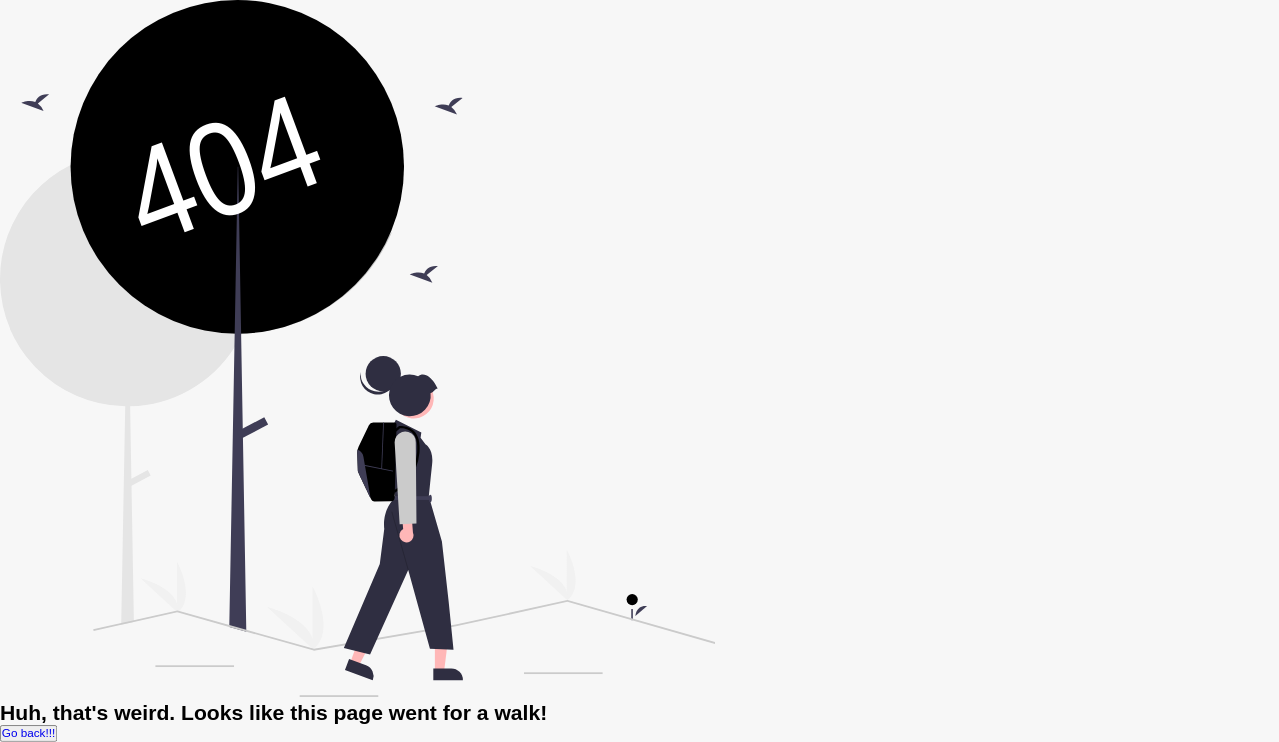
Repository: TeeJaysDev/Portfolio
Page: 404.html
These files come from the project's save history. The page is drawn as it stood at one moment and after the next save; the edit follows.
The browser window is 1280 px wide. The page is 1280 px wide, then 1453 px, so the pictures cover 1453 px, including what lies to the right of the window. The pictures show the whole page, at 88% of full size.

Above is the page before, as saved 2021-06-11 23:09:05.

### 404.html
<!DOCTYPE html>
<html lang="en">
<head>
    <meta charset="UTF-8">
    <meta http-equiv="X-UA-Compatible" content="IE=edge">
    <meta name="viewport" content="width=device-width, initial-scale=1.0">
    <script type="text/javascript" src="script.js"></script>
    <link rel="stylesheet" href="style.css">
    <link rel="preconnect" href="https://fonts.gstatic.com">
    <link href="https://fonts.googleapis.com/css2?family=Raleway&display=swap" rel="stylesheet">
    <title>Tymon Jędryczka | Portfolio</title>
</head>
<body>
    <section class="error">
        <div class="mainError">
            <img src="Images/svg/hiking.svg">
        </div>
        <h1>
            Huh, that's weird. Looks like this page went for a walk!
        </h1>
        <button>
            <a href="index.html">Go back!!!</a>
        </button>
    </section>
</body>
</html>

### style.css
@import url('https://fonts.googleapis.com/css2?family=Raleway&display=swap');

html {
    scroll-behavior: smooth;
}

* {
    margin: 0;
    padding: 0;
    position: relative;
    overflow-x: hidden;
    font-family: sans-serif;
    text-decoration: none;
    list-style: none;
}

::-webkit-scrollbar {
    width: 10px;
   }

::-webkit-scrollbar-thumb {
    background: linear-gradient(13deg, #54d4ff 14%,#4bffa5 90%);
    border-radius: 10px;
}

::-webkit-scrollbar-track {
    background: #F7F7F7;
    border-radius: 10px;
    box-shadow: inset 7px 10px 12px #F7F7F7;
}

body {
    background-color: #F7F7F7;
}

nav {
    display: flex;
    justify-content: flex-end;
    background-color: #f3f3f3;
    box-shadow: 0.1rem 0.1rem 0rem 0rem #1616161a;
    overflow-y: hidden;
}

nav a {
    color: #000000;
    padding: 2rem 3.125rem 2rem 3rem;
    font-size: 2rem;
    min-width: 10ch;
    animation: 2050ms appear_nav;
}

@keyframes appear_nav {
    0% {
        opacity: 0;
        margin-left: -50rem;
    }

    100% {
        opacity: 1;
    }
}

header {
    border-bottom: 1px solid #e2e2e2;
    animation: appear_header 2000ms;
}

@keyframes appear_header {
    0% {
        opacity: 0;
        margin-left: -50rem;
    }

    100% {
        opacity: 1;
        margin-left: 0rem;
    }
}

.welcome_part_h2 {
    font-family: monospace;
    font-size: 3.75rem;
    margin-top: 10rem;
    margin-left: 2.5rem;
    margin-bottom: 0rem;
}

.welcome_part_h1, .welcome_part_h1_2 {
    margin-top: 2rem;
    margin-left: 5rem;
    font-family: Raleway;
    font-weight: lighter;
    font-size: 5rem;
    min-width: 18ch;
}

.welcome_part_h1_2 {
    margin: 0.5rem auto 2rem 5rem;
    font-family: Raleway;
    font-weight: lighter;
    font-size: 4.1rem;
    min-width: 18ch;
}

.welcome_part_h1 strong {
    background-image: linear-gradient(147deg, #4bffa5, #54d4ff 90%);
    background-size: 100%;
    background-repeat: repeat;
    background-clip: text;
    -webkit-background-clip: text;
    -webkit-text-fill-color: transparent;
    -moz-background-clip: text;
    -moz-text-fill-color: transparent;
    -webkit-text-stroke: 1.5px black;
}

.welcome_part_p {
    margin-bottom: 5rem;
    margin-left: 4rem;
    font-size: 2.5rem;
}

header a button {
    padding: 1rem;
    width: 15rem;
    font-weight: bold;
    font-size: 1.2rem;
    text-align: center;
    margin-left: 45%;
    margin-bottom: 13rem;
    background-image: linear-gradient(147deg, #4bffa5, #54d4ff 90%);
    color: #000000;
    cursor: pointer;
}

header a button:hover {
    zoom: 1.1;
    left: -0.5rem
}

main h1 {
    width: 100%;
    font-size: 5rem;
    margin-left: 10rem;
    margin-top: 10rem;
    min-width: 10ch;
}

.skills {
    display: grid;
    justify-content: center;
    grid-template-columns: repeat(auto-fit, 400px);
    gap: 3.15rem;
}

.dots {
    color: #161616;
    margin-top: 1rem;
    margin-left: 10rem;
}

.image_h2 {
    display: flex;
    flex-wrap: wrap;
    margin: 4rem 10rem 2rem 1rem;
    font-size: 2rem;
    gap: 0.25rem;
    justify-items: center;
    overflow-x: initial;
}

.image_h2 h2 {
    min-width: 20ch;
}

.image_h2 img {
    width: 100px;
    height: 100px;
}

.text {
    display: flex;
    flex-wrap: wrap;
}

.text ul li {
    margin: 1rem;
    color: #000000;
    font-weight: bold;
    font-size: 1.2rem;
    text-align: center;
    align-items: center;
    border-radius: 1rem;
    margin: 0.3125rem 0.3125rem;
    display: inline-block;
    width: 7rem;
    background-image: linear-gradient(147deg, #4bffa5, #54d4ff 90%);
    padding-top: 1rem;
    padding-bottom: 1rem;
}

#projects h1 {
    margin-top: 10rem;
    margin-bottom: 7rem;
}

#projects img {
    margin-top: 5rem;
    margin-left: 7rem;
    width: 600px;
    height: 300px;
}

#about {
    width: 100%;
    background-color: #161616;
    padding-right: 66vw;
    color: #F7F7F7;
}

#about h2 {
    margin-left: 5rem;
    margin-top: 7rem;
}

.p1, .p2, .p3, .p4{
    display: block;
    font-size: 1.25rem;
    min-width: 32ch;
    max-width: 45ch;
    margin: 4rem auto 4rem 8rem;
    line-height: 1.7rem;
}

.p4 {
    margin-bottom: 10rem;
}

#about img {
    width: 426.15px;
    height: 500.5px;
    z-index: 1;
    border-radius: 1rem;
}

#about .box {
    width: 250px;
    height: 250px;
    background: linear-gradient(147deg, #4bffa5, #54d4ff 90%);
    z-index: 0;
    left: -30rem;
}

.unity {
    display: flex;
    float: right;
    left: -20rem;
    bottom: 15rem;
}

#contact {
    display: block;
}

#contact h1 {
    margin-bottom: 4rem;
}

form {
    display: block;
    border: 0.1rem solid #161616;
}

.form-box {
    background-color: #e7e7e7;
    width: 40%;
    margin-bottom: 5rem;
    margin-left: 5rem;
}

.form-content {
    margin-left: 5rem;
}

form h2 {
    padding: 4rem;
    margin-bottom: 4.5rem;
    font-size: 3rem;
}

.input-one {
    margin: auto 5rem 3rem auto;
}

.input-one, .input-two {
    overflow-x: visible;
}

form label {
    font-family: Raleway;
    font-weight: bold;
    font-size: 2rem;
    margin-bottom: 0.5rem;
    display: block;
}

#email, #message , #email::placeholder, #message::placeholder {
    font-size: 1rem;
}

#message {
    padding-top: 1rem;
}

#email, #message {
    border: none;
    border-radius: 1rem;
    padding-left: 1rem;
    box-shadow: 0.25rem 0.13rem 0rem 0.1rem #1616161a;
}

#email {
    width: 20rem;
    height: 3rem;
}

#message {
    width: 20rem;
    height: 17rem;
    resize: none;
}

.recaptcha {
    margin: 3rem auto 3rem 3rem;
    overflow-y: hidden;
}

.mail, .messenger{
    display: flex;
    align-items: center;
    margin-top: 3rem;
    margin-left: 5rem;
}

.mail .fas, .messenger .fab {
    font-size: 2rem;
    margin-right: 1rem;
    color: #000000;
}

#send {
    width: 7rem;
    height: 3rem;
    margin: 7rem;
    border: 0.1rem solid #000000;
    font-size: 1.3rem;
    background-image: linear-gradient(147deg, #4bffa5, #54d4ff 90%);
    cursor: pointer;
}

footer {
    bottom: 0;
    background: #161616;
    text-align: center;
}

footer h2{
    color: #e2e2e2;
    font-family: Arial, Helvetica, sans-serif;
    font-size: 0.938rem;
    font-weight: lighter;
}

footer, footer h2 {
    padding-top: 1.875rem;
    padding-bottom: 3.125rem;
}

footer ul li {
    margin: auto 1.5rem;
    display: inline;
}

footer .fab {
    font-size: 2rem;
    color: #4bffa5;
    width: fit-content;
    text-align: center;
    grid-template-columns: repeat(auto-fit, 1fr);
    background: -webkit-linear-gradient(147deg, #54d4ff, #4bffa5 90%);
    -webkit-background-clip: text;
            background-clip: text;
    -webkit-text-fill-color: transparent;
}
/* Smartphone (portrait) --- */

@media only screen
and (max-width: 767px) {

    nav {
        display: flex;
        text-align: left;
    }

    nav a {
        padding: 1rem 0rem 1rem 1rem;
        margin: -0.1rem auto -0.1rem auto;
        font-size: 0.74rem;
    }

    .welcome_part_h2 {
        font-family: monospace;
        font-size: 1.875rem;
        margin-top: 9rem;
        margin-left: 1rem;
    }

    .welcome_part_h1 {
        margin-top: 1rem;
        margin-left: 2rem;
        font-size: 2rem;
        min-width: 18ch;
    }

    .welcome_part_h1 strong {
        -webkit-text-stroke: 1.1px #000000;
    }

    .welcome_part_h1_2 {
        margin-bottom: 2rem;
        margin-left: 2rem;
        font-size: 1.7rem;
    }

    .welcome_part_p {
        margin-bottom: 4rem;
        margin-left: 2rem;
        font-size: 0.9rem;
    }

    header a button {
        margin-left: 17%;
        margin-bottom: 10rem;
        background-image: linear-gradient(147deg, #4bffa5, #54d4ff 90%);
        color: #000000;
        cursor: pointer;
    }

    main h1 {
        margin-left: 1.5rem;
        margin-bottom: 1rem;
        font-size: 3rem;
    }

    .dots {
        margin-left: 1.5rem;
    }

    .box {
        margin-left: 5rem;
    }

    .image_h2 img {
        width: 70px;
        margin-bottom: -1rem;
    }

    .image_h2 h2 {
        font-size: 2.5rem;
    }

    .text ul li {
        font-size: 0.8rem;
        margin: 0.3125rem 0rem auto 0.01rem;
        width: 5rem;
    }

    #about h2 {
        margin-left: 2rem;
        margin-top: 2rem;
    }

    #about p {
        font-size: 1.25rem;
        max-width: 35ch;
        margin: 1rem auto 5rem 2rem;
    }

    .p1, .p2, .p3, .p4 {
        font-size: 1.25rem;
        min-width: 15ch;
        max-width: 23ch;
    }

    .p1, .p3 {
        text-align: left;
        margin-left: 3rem;
    }

    .p2, .p4 {
        text-align: right;
        margin-right: 2rem;
    }

    .p4 {
        margin-bottom: 3rem;
    }

    #about img {
        width: 238.083px;
        height: 275.25px;
    }

    #about .box {
        width: 225px;
        height: 200px;
    }

    .unity {
        left: auto;
        right: -17rem;
        margin-bottom: -10rem;
        margin-top: 15rem;
    }

    .form-box {
        width: 100%;
        margin: auto;
    }

    .form-content {
        margin-left: 1rem;
    }

    form h2 {
        font-size: 1.65rem;
        margin-bottom: 1rem;
    }

    form label {
        font-size: 1.5rem;
    }

    #email {
        width: fit-content;
    }

    #message {
        width: 17rem;
    }

    .mail, .messenger{
        margin-left: 2rem;
    }

    footer ul li{
        margin: 0rem 0.7rem;
        display: inline;
    }
}

@media only screen
and (min-width: 768px)
and (max-width: 1024px) {

    nav {
        display: flex;
        justify-content: flex-end;
    }

    nav a {
        padding: 1rem 0rem 1rem 1rem;
        margin: -0.1rem auto -0.1rem auto;
        font-size: 1.563rem;
    }

    .welcome_part_h2 {
        font-family: monospace;
        font-size: 3rem;
        margin-top: 4rem;
        margin-left: 2.5rem;
    }

    .welcome_part_h1, .welcome_part_h1_2 {
        margin-top: 2rem;
        margin-left: 5rem;
        margin-bottom: 2rem;
        font-size: 3.3rem;
    }

    .welcome_part_h1_2 {
        font-size: 2.7rem;
    }

    .welcome_part_p {
        margin-bottom: 4.3rem;
        margin-left: 4rem;
        font-size: 2rem;
    }

    header a button {
        margin-left: 35%;
    }

    main h1 {
        margin-left: 10rem;
        margin-bottom: 3rem;
        font-size: 4rem;
    }

    .dots {
        margin-left: 10rem;
    }

    #projects h1 {
        width: 15%;
        margin-top: 3rem;
    }

    #about h1 {
        width: 15%;
    }

    #about h2 {
        margin-left: 5rem;
        margin-top: 5rem;
    }

    #about p {
        font-size: 1.25rem;
        max-width: 45ch;
        margin-left: 8rem;
        margin-bottom: 5rem;
    }

    .p4 {
        margin-bottom: 3rem;
    }

    #about img {
        width: 288.083px;
        height: 325.25px;
    }

    #about .box {
        width: 300px;
        height: 175px;
    }

    .unity {
        left: auto;
        right: 0rem;
        margin-bottom: -10rem;
        margin-top: 15rem;
    }

    #contact h1 {
        width: 17%;
    }

    .form-box {
        width: 100%;
        margin: auto;
    }

    .form-content {
        margin-left: 6rem;
    }

    form h2 {
        font-size: 3.3rem;
    }

    form label {
        font-size: 1.5rem;
    }

    #email {
        width: 20rem;
    }

    #message {
        width: 30rem;
    }

    .mail, .messenger{
        margin-left: 6rem;
    }

    footer, footer h4 {
        color: #C5C4C6;
        background-color: #161616;
        font-family: Arial, Helvetica, sans-serif;
        font-size: 0.938rem;
        font-weight: lighter;
        text-align: center;
        z-index: -1;
        width: 100%;
        padding-top: 1.875rem;
        padding-bottom: 3.125rem;
    }
}

@media only screen
and (min-width: 953)
and (max-width: 1230) {
     p {
        margin-left: 1rem;
    }
}

@media only screen
and (min-width: 550px)
and (max-width: 700px) {

    nav a {
        color: #000000;
        padding: 0.5rem;
        margin-top: 2rem;
        margin-right: 3.125rem;
        font-size: 1rem;
    }

    .welcome_part_h2 {
        font-size: 2.75rem;
        margin-top: 9rem;
        margin-left: 2.5rem;
        margin-bottom: 0rem;
    }

    .welcome_part_h1, .welcome_part_h1_2{
        margin-top: 2rem;
        margin-left: 5rem;
        font-family: Raleway;
        font-weight: lighter;
        font-size: 2.5rem;
        min-width: 18ch;
    }

    .welcome_part_h1_2 {
        margin: 0.5rem auto 2rem 5rem;
        font-family: Raleway;
        font-weight: lighter;
        font-size: 2.75rem;
        min-width: 18ch;
    }

    .welcome_part_p {
        margin-bottom: 7rem;
        margin-left: 4rem;
        font-size: 1.5rem;
    }
}

@media only screen
and (min-width: 628px)
and (max-width: 700px) {
    .welcome_part_h1, .welcome_part_h1_2 {
        margin-top: 2rem;
        margin-left: 5rem;
        margin-bottom: 1rem;
        font-size: 2.5rem;
    }

    .welcome_part_h1_2 {
        margin-top: 1rem;
        font-size: 2.5rem;
    }
}

@media only screen
and (min-width: 1000px) {

    nav a {
        transition: all 200ms ease-out 50ms;
    }

    nav a:hover {
        background-color: #161616;
        color: #F7F7F7;
    }
}

@media only screen
and (min-width: 945px)
and (max-width: 1861px) {

    .unity {
        display: none;
    }
}

### 404.css
* {
    margin: 0;
    padding: 0;
    font-family: sans-serif;
    text-decoration: none;
    list-style: none;
}

.error p {
    font-family: "Comic Sans";
    font-weight: 700;
    color: #000000;
    font-size: 20rem;
    margin-top: 5rem;
}

.error button a {
    text-decoration: none;
    text-align: center;
    color: #000000;
    font-size: 2rem;
}

.error .mainError {
    display: flex;
    text-align: center;
    margin-left: 40rem;
    margin-right: auto;
}

.error img {
    margin-top: 3rem;
}

.error button {
    margin-top: 10rem;
    overflow-y: hidden;
}

Loaded but not shown: script.js (no stored copy; drawn as an empty file)

After the next save:
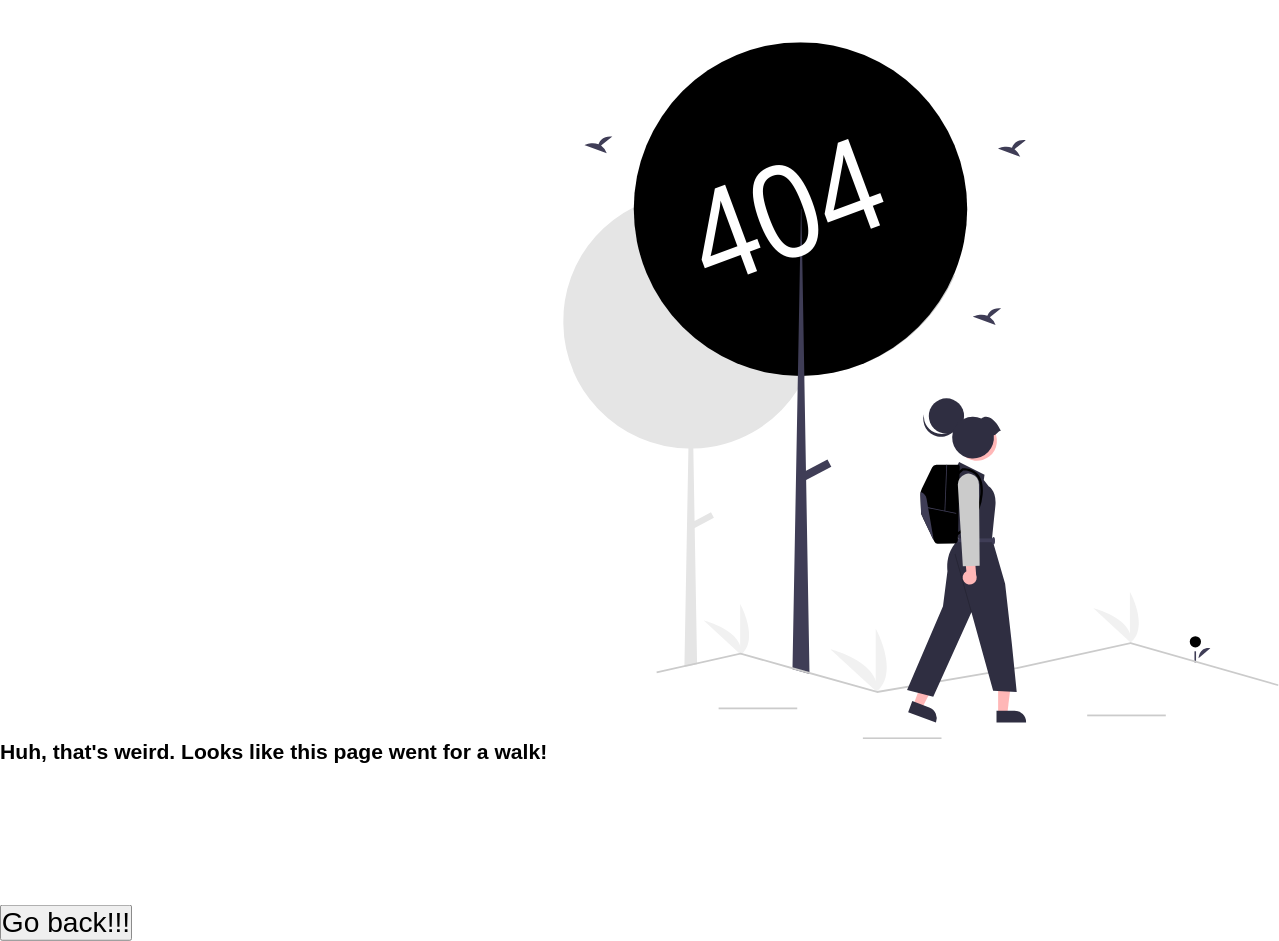
Saved 26 s later.
--- a/404.html
+++ b/404.html
@@ -5,7 +5,7 @@
     <meta http-equiv="X-UA-Compatible" content="IE=edge">
     <meta name="viewport" content="width=device-width, initial-scale=1.0">
     <script type="text/javascript" src="script.js"></script>
-    <link rel="stylesheet" href="style.css">
+    <link rel="stylesheet" href="404.css">
     <link rel="preconnect" href="https://fonts.gstatic.com">
     <link href="https://fonts.googleapis.com/css2?family=Raleway&display=swap" rel="stylesheet">
     <title>Tymon Jędryczka | Portfolio</title>
